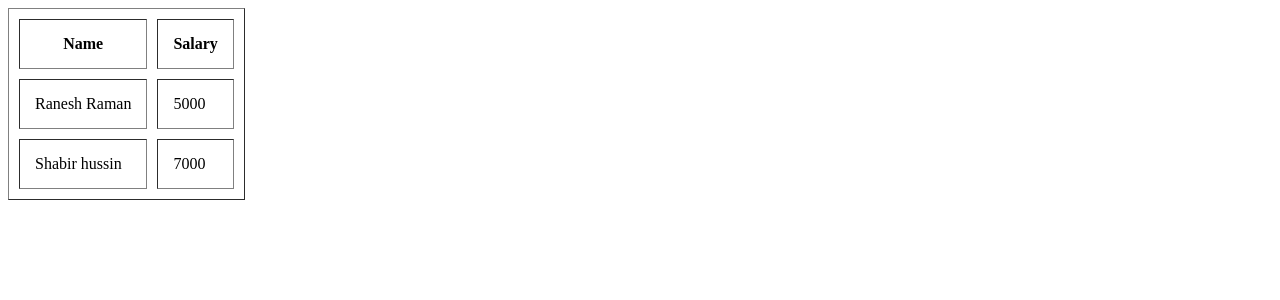
Repository: wakoya-tech/Node.js
Page: Desktop/Node-js/okey.html
An editor plug-in stored every save of this project. The page is shown before and after the next save, followed by the edit.
The browser window is 1280 px wide. The pictures show the whole page.

Above is the page before, as saved 2025-11-13 11:19:37.

### Desktop/Node-js/okey.html
<!DOCTYPE html>
<html lang="en">
<head>
    <meta charset="UTF-8">
    <meta name="viewport" content="width=device-width, initial-scale=1.0">
    <title>Document</title>
</head>
<body>
<table border="1" cellpadding="15"cellspacing="10">
    <tr>
        <th>Name</th><th>Salary</th>
    </tr>
    <tr>
    <td>Ranesh Raman</td><td>5000</td>
    </tr>
    <tr>
        <td>Shabir hussin</td><td>7000</td>
        </tr>
</table>
</body>
</html>

After the next save:
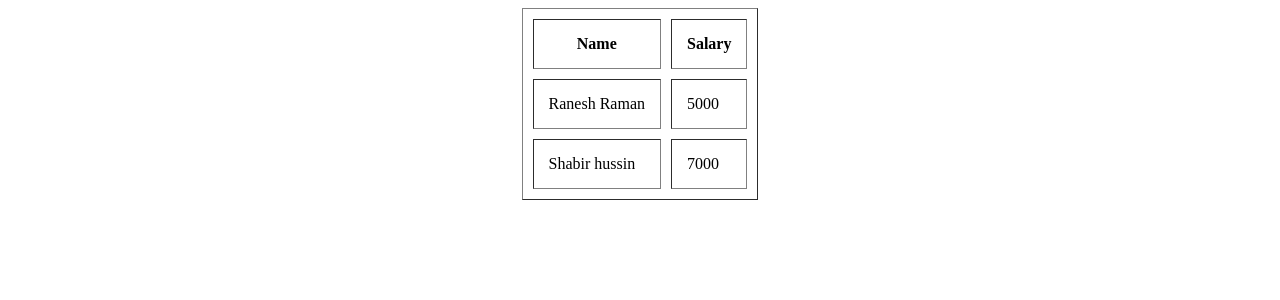
Saved 39 s later.
--- a/Desktop/Node-js/okey.html
+++ b/Desktop/Node-js/okey.html
@@ -6,7 +6,7 @@
     <title>Document</title>
 </head>
 <body>
-<table border="1" cellpadding="15"cellspacing="10">
+<table border="1" cellpadding="15"cellspacing="10"align="center">
     <tr>
         <th>Name</th><th>Salary</th>
     </tr>
